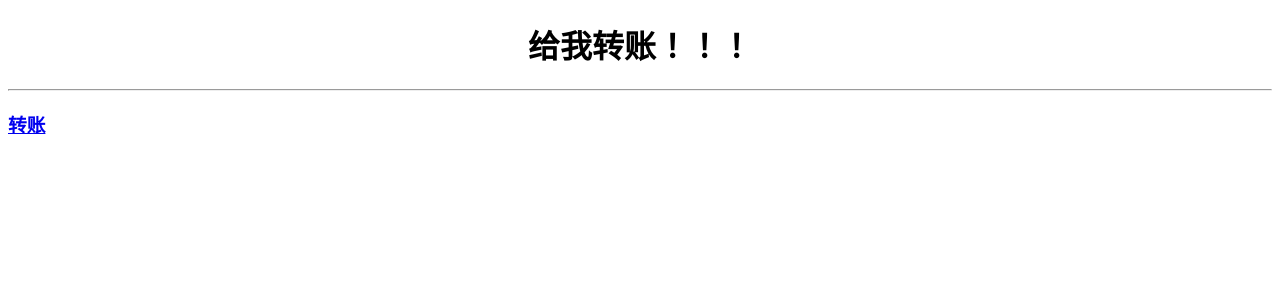
Repository: SunLightFor6/neuedu_record
Page: http://localhost/TransferAccount/message.jsp
The author's editor kept a copy of each file at every save. The page is drawn from the files as they stood at one save, then again after the next save.
The browser window is 1280 px wide. The pictures show the whole page.
The page is served by Tomcat 9. Other server files are loaded and not shown.

Above is the page before, as saved 2018-06-06 15:12:38.

### TransferAccount/WebContent/message.jsp
<%@ page language="java" contentType="text/html; charset=UTF-8"
    pageEncoding="UTF-8"%>
<!DOCTYPE html PUBLIC "-//W3C//DTD HTML 4.01 Transitional//EN" "http://www.w3.org/TR/html4/loose.dtd">
<html>
<head>
<meta http-equiv="Content-Type" content="text/html; charset=UTF-8">
<title>message</title>
</head>
<body>
<h1 align="center">给我转账！！！</h1>
<hr>
<h3><a href="transferacount.jsp">转账</a></h3>
<h1 align="center">${message}</h1>

</body>
</html>

After the next save:
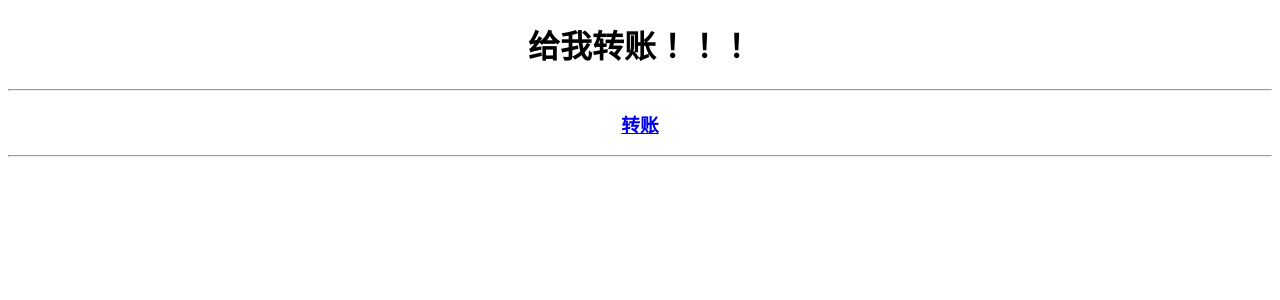
Saved 105 s later.
--- a/TransferAccount/WebContent/message.jsp
+++ b/TransferAccount/WebContent/message.jsp
@@ -9,7 +9,8 @@
 <body>
 <h1 align="center">给我转账！！！</h1>
 <hr>
-<h3><a href="transferacount.jsp">转账</a></h3>
+<h3 align="center"><a href="transferacount.jsp">转账</a></h3>
+<hr>
 <h1 align="center">${message}</h1>
 
 </body>
